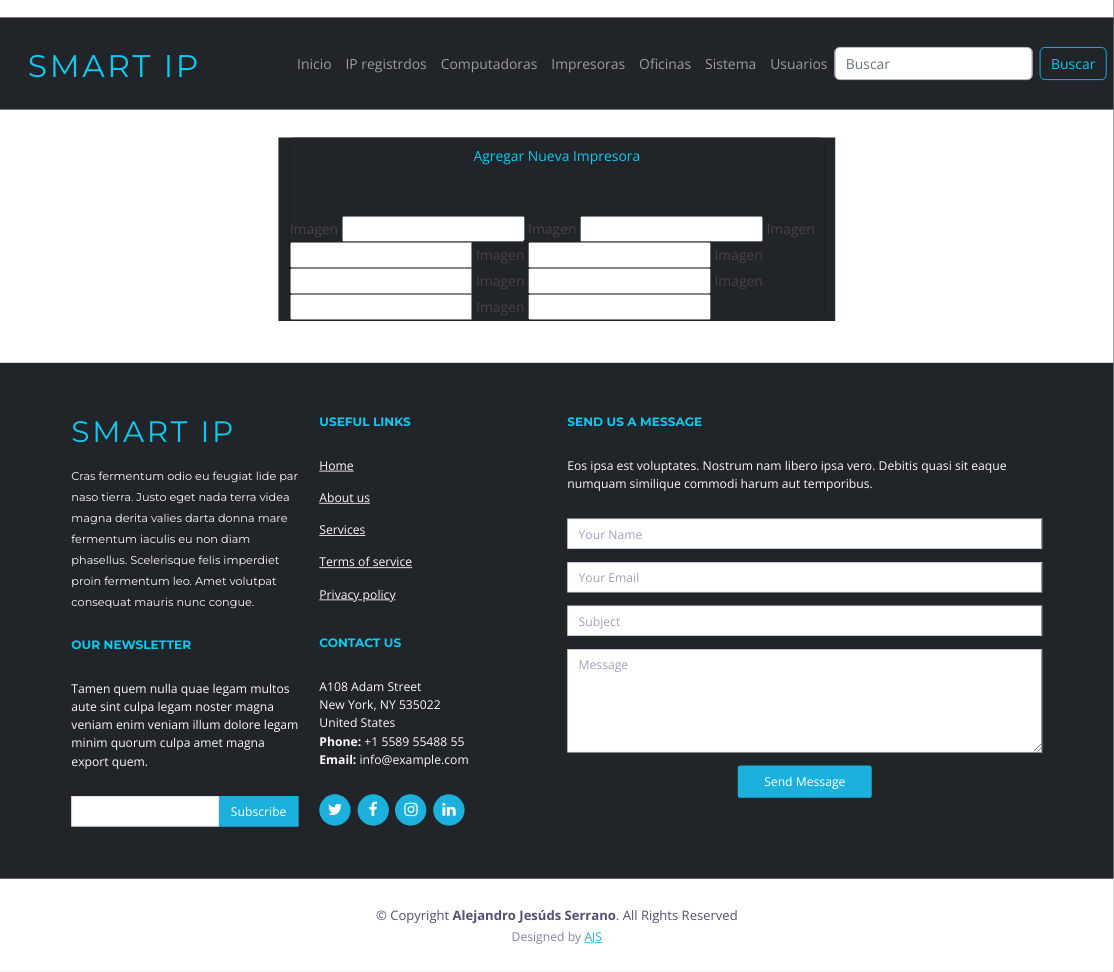
Repository: AlejandroJesusSerrano/SmartIPs
Page: smartip/smartipnav/templates/smartipnav/printer_form.html
These files come from the project's save history. The page is drawn as it stood at one moment and after the next save; the edit follows.
The browser window is 1280 px wide. The pictures show the whole page, at 87% of full size.
The page is served by the project's application, run on Django 4.2 (smartip/manage.py). The template is opened directly, without the code that normally fills it, so the values that code supplies are empty.

Above is the page before, as saved 2022-11-14 08:57:30.

After the next save:
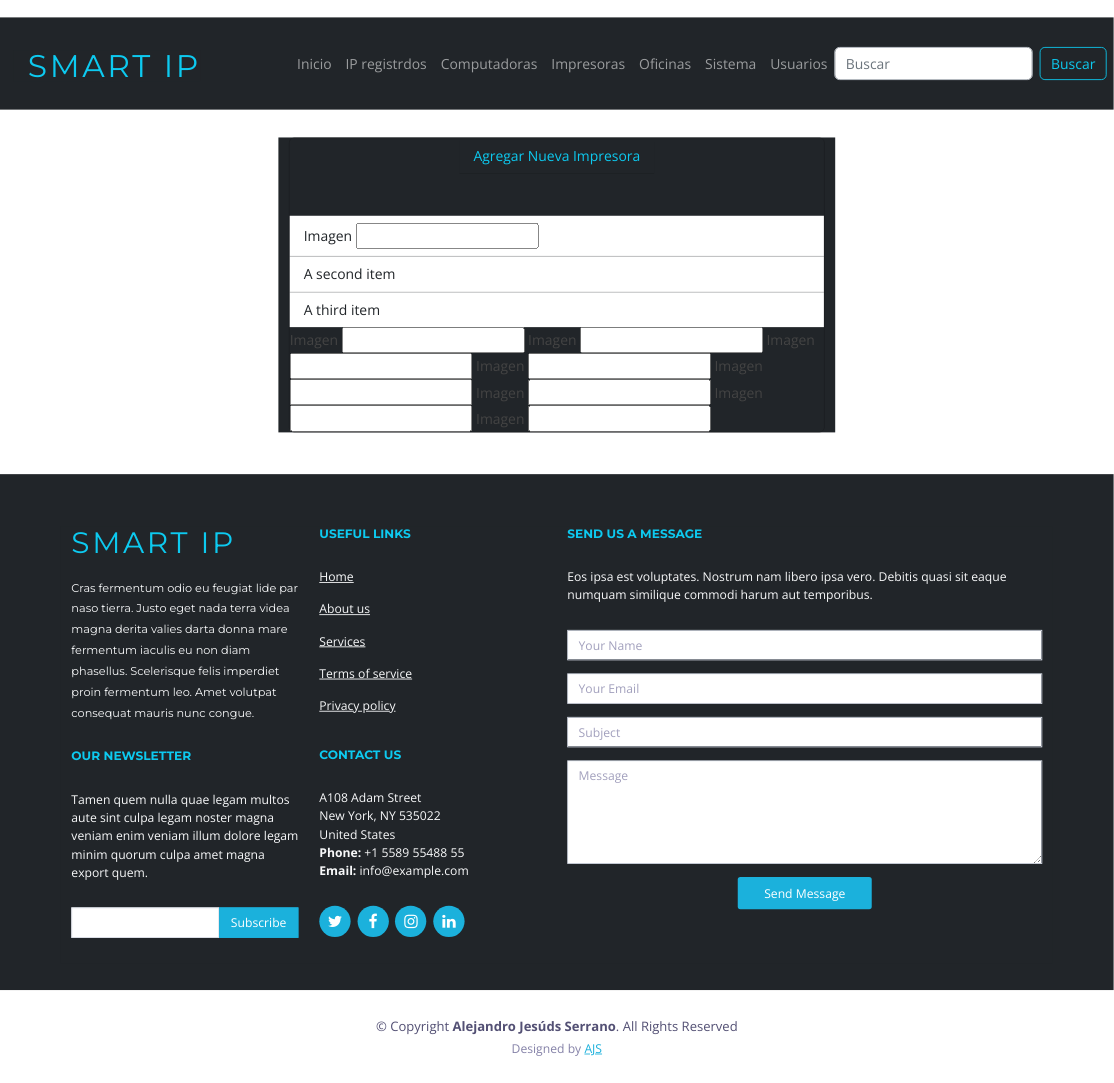
Saved 2 min 38 s later.
--- a/smartip/smartipnav/templates/smartipnav/printer_form.html
+++ b/smartip/smartipnav/templates/smartipnav/printer_form.html
@@ -8,6 +8,16 @@
               Agregar Nueva Impresora
             </div>
             <form id=printer_add_form action="" method="post" class="mt-5">
+                {% csrf_token %}
+                <ul class="list-group list-group-flush">
+                    <li class="list-group-item">
+                        <label for="">Imagen</label>
+                        <input type="url" name="printer_image" id="printer_image">
+                    </li>
+
+                    <li class="list-group-item">A second item</li>
+                    <li class="list-group-item">A third item</li>
+                  </ul>
                 <label for="">Imagen</label>
                 <input type="url" name="printer_image" id="printer_image">
 
